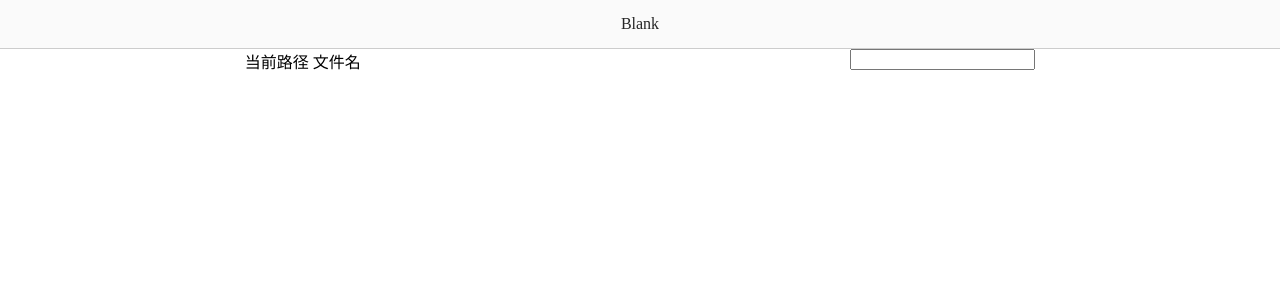
Repository: andycj7/-
Page: JS插件开发/filesystem/index.html
These files come from the project's save history. The page is drawn as it stood at one moment and after the next save; the edit follows.
The browser window is 1280 px wide. The pictures show the whole page.

Above is the page before, as saved 2020-07-21 07:42:32.
Console error (its wording comes from the project's code and is left out).

### JS插件开发/filesystem/index.html
<html>

<head>
<meta charset="utf-8">
<meta name="viewport"
	content="initial-scale=1, maximum-scale=1, user-scalable=no, width=device-width">
<title>Blank</title>
<link rel="stylesheet" href="css/base.css">
</head>

<body>
	<div class="title">Blank</div>
	<div class="line"></div>
	<div class="div-parent">
		<div class="div-control">
			<div>
				<label>当前路径</label>
				<label>文件名</label>
			</div>
			<div>
				<input></input>
			</div>
		</div>
		<div id="div_display" class="div-child-2">
		</div>
	</div>
</body>
<script src="js/GeoBOS.min.js"></script>
<script src="js/GeoBOS.filesystem.min.js"></script>
<script src="js/index.js"></script>
</html>

### JS插件开发/filesystem/css/base.css
@charset "UTF-8";

body {
	margin: 0;
}

.title {
	height: 48px;
	font-size: 16px;
	line-height: 48px;
	text-align: center;
	color: rgba(0, 0, 0, .85);
	background-color: #fafafa;
}

.line {
	width: 100%;
	height: 1px;
	background-color: rgb(204, 204, 204);
}

.div-parent {
	display: flex;
	flex-direction: column;
	justify-content: center;
	width: 100%;
}

.div-control {
	display: flex;
	flex-direction: row;
	justify-content: space-around;
}

.div-child-2 {

}

.label {
	width: 16%;
	height: 30px;
	text-align: center;
	line-height: 30px;
	font-size: 10px;
}

.input-path {
	width: 60%;
	height: 30px;
	overflow: hidden;
	line-height: 20px;
	font-size: 15px;
	font-size: 12px;
}

.button {
	width: 12%;
	height: 30px;
	font-size: 12px;
}

.input-file {
	width: 100%;
	height: 30px;
	overflow: hidden;
	border: none;
	line-height: 35px;
	font-size: 15px;
}

### JS插件开发/filesystem/js/GeoBOS.filesystem.min.js
GeoBOS.filesystem = {

	init : function (cb) {
		GeoBOS.plugin.execute("FileSystemPlugin", "init", GeoBOS.getId(), '', null, cb);
	},
	open : function (name, cb) {
		GeoBOS.plugin.execute("FileSystemPlugin", "open", GeoBOS.getId(), name, null, cb);
	},
	back : function (cb) {
		GeoBOS.plugin.execute("FileSystemPlugin", "back", GeoBOS.getId(), '', null, cb);
	}
}

Loaded but not shown: JS插件开发/filesystem/js/GeoBOS.min.js (library); JS插件开发/filesystem/js/index.js (no copy from this time; the picture is the same without it)

After the next save:
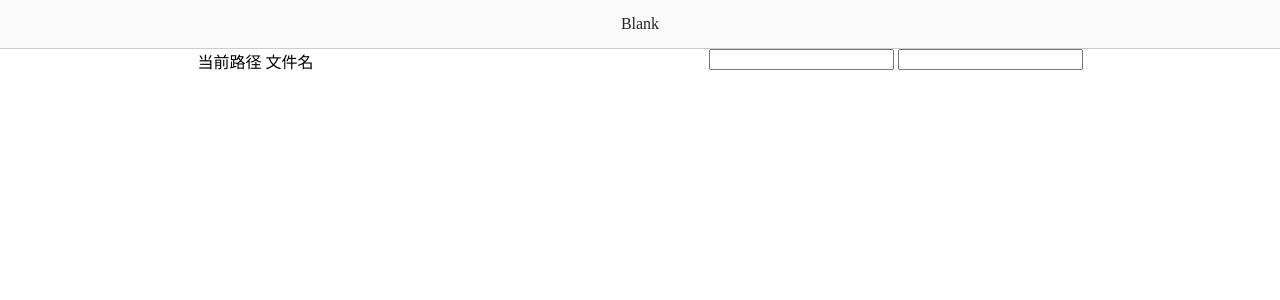
Saved 12 s later.
--- a/JS插件开发/filesystem/index.html
+++ b/JS插件开发/filesystem/index.html
@@ -19,6 +19,7 @@
 			</div>
 			<div>
 				<input></input>
+				<input></input>
 			</div>
 		</div>
 		<div id="div_display" class="div-child-2">

After the save that followed:
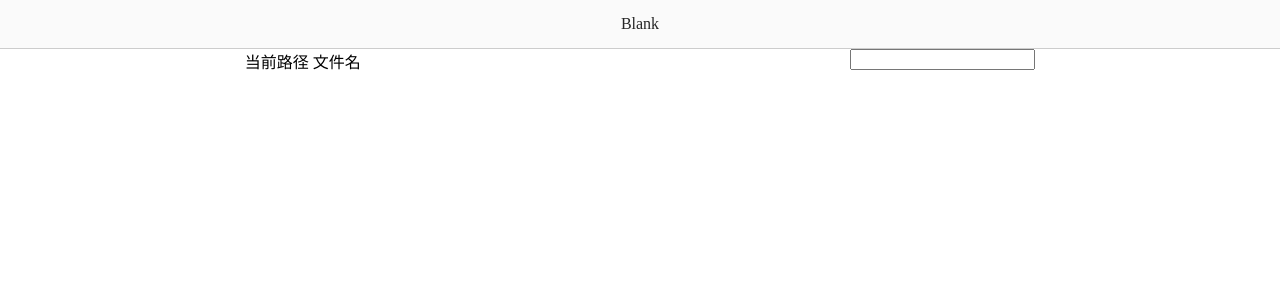
Saved 20 s later.
--- a/JS插件开发/filesystem/index.html
+++ b/JS插件开发/filesystem/index.html
@@ -19,7 +19,6 @@
 			</div>
 			<div>
 				<input></input>
-				<input></input>
 			</div>
 		</div>
 		<div id="div_display" class="div-child-2">
